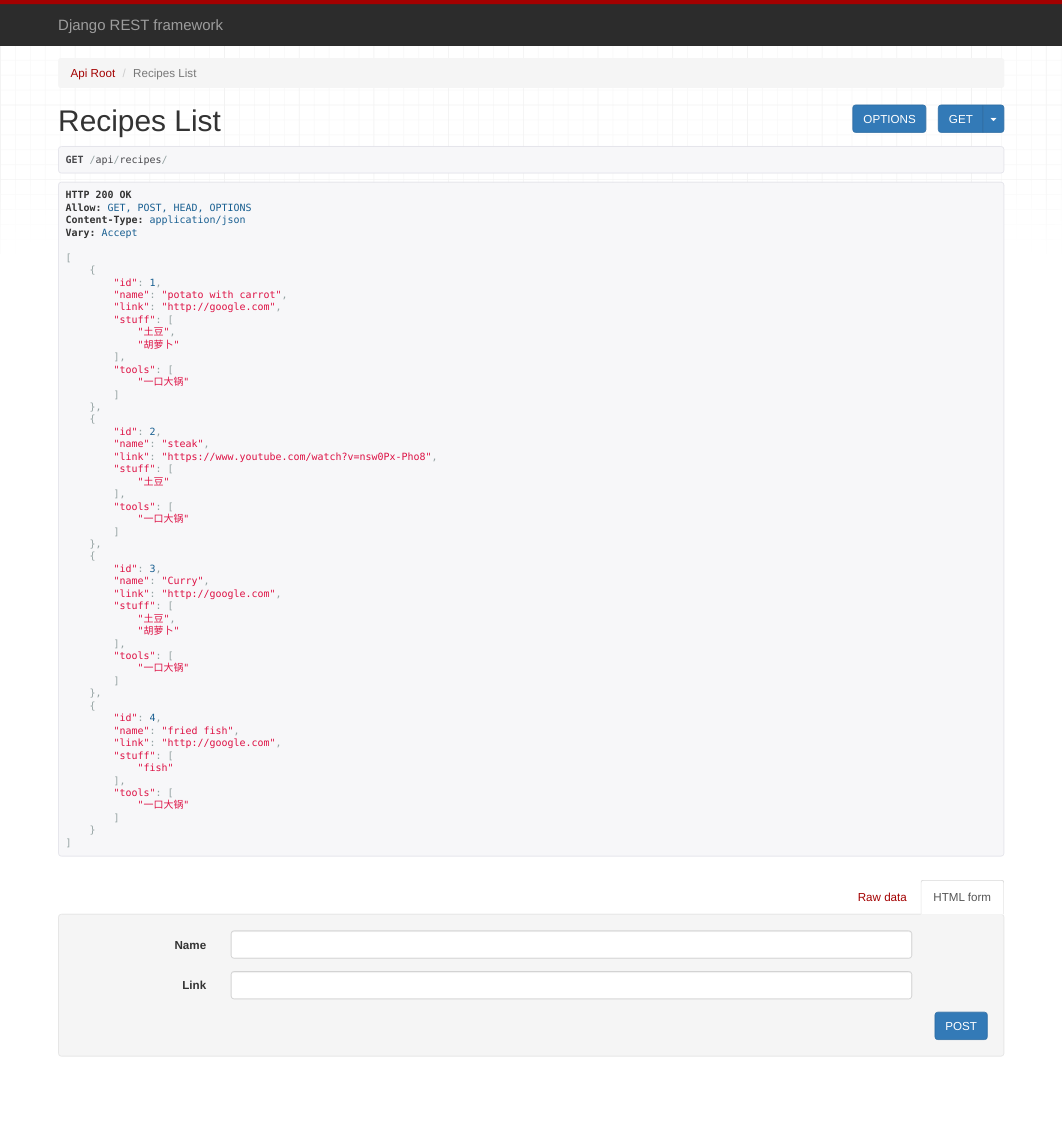
Repository: Floweroid/cook_backend
Page: http://localhost/api/recipes/
These files come from the project's save history. The page is drawn as it stood at one moment and after the next save; the edit follows.
The browser window is 1280 px wide. The pictures show the whole page, at 83% of full size.
Backgrounds fixed to the window are drawn as part of the page. The page is served by the project's application, run on Django 4.2 (manage.py). The page reads the database file committed with the project.

Above is the page before, as saved 2023-11-26 08:24:16.

After the next save:
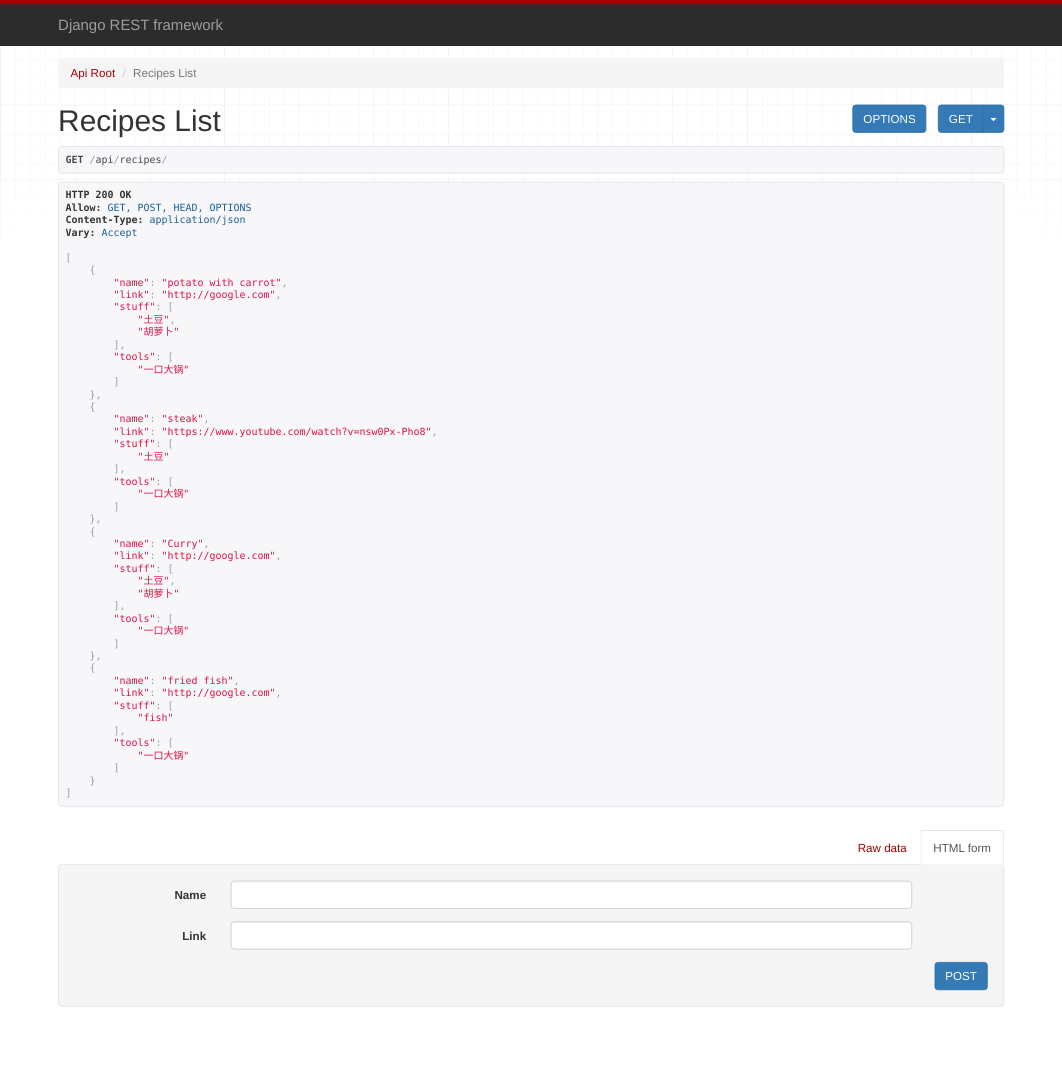
Saved 34 s later.
--- a/recipes/serializers.py
+++ b/recipes/serializers.py
@@ -12,7 +12,7 @@ class RecipeSerializer(serializers.ModelSerializer):
 
     class Meta:
         model = Recipe
-        fields = ('id', 'name', 'link', 'stuff', 'tools')
+        fields = ('name', 'link', 'stuff', 'tools')
 
     def get_stuff(self, obj):
         return [stuff.name for stuff in obj.stuff.all()]
